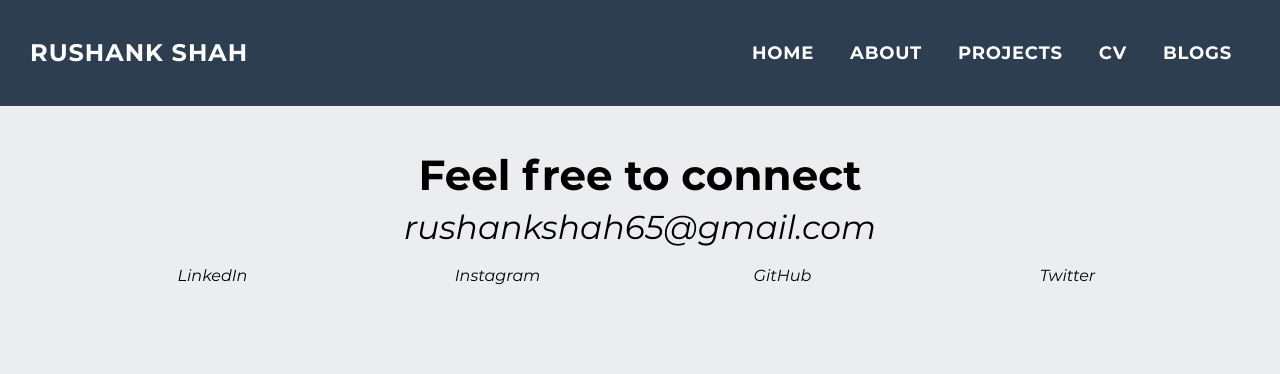
Repository: rushankshah/rushank-shah
Page: /projects
The author's editor kept a copy of each file at every save. The page is drawn from the files as they stood at one save, then again after the next save.
The browser window is 1280 px wide. The pictures show the whole page.
The project was rebuilt for these pictures with package versions that can differ from the ones it lists, and the page was loaded fresh each time. The framework's server and built-in components were replaced by stand-ins that run in the browser. Also part of the build but not shown: next.config.js.

Above is the page before, as saved 2020-12-02 20:02:31.

### pages/projects.js
import BaseLayout from '../components/layouts/BaseLayout'
import BasePage from '../components/BasePage'


const projects = () => {
    return (
        <BaseLayout>
            <BasePage className='about-page'>
            </BasePage>
        </BaseLayout>
    )
}

export default projects

### styles/main.scss
@import './shared/fonts';
@import './index';
@import './header';
@import './shared/colors';
@import 'about';
@import 'projects';

html, body {
    height:100%;
    width:100%;
    font-family: 'Montserrat', 'Helvetica';
  }

.self-typed{
  font-size: 31px;
  font-weight: 500;
  letter-spacing: 2px;
  color: white;
}

.absolute {
  position: absolute;
}

.base-page {
  padding-top: 150px;
  color: white;
  background-color: #ecedee;
  min-height: 100vh;

  .page-header {
    .page-header-title {
      font-weight: 700;
      color: black;
      display: inline-block;
      margin-bottom: 20px;
    }
  }
}

.social-media:hover{
  color: #dba919;
  cursor: pointer;
}

.clickable{
  cursor: pointer;
}

### components/layouts/BaseLayout.js
import React from 'react'
import Header from '../shared/Header'

const BaseLayout = (props) => {

    const { className, children } = props

    const headerType = props.headerType || 'default'

    return (
        <div className='layout-container'>
            <Header className={`port-nav-${headerType}`} />
            <main className={`cover ${className}`}>
                <div className='wrapper'>
                    {children}
                </div>
            </main>
        </div>
    )
}

export default BaseLayout

### components/BasePage.js
import React from 'react'
import { Container } from 'reactstrap'
import Footer from './shared/Footer'

export default function BasePage(props) {
    const className = props.className || ''
    const title = props.title
    return (
        <div className={`base-page ${className}`}>
            <Container>
                {props.children}
                <Footer />
            </Container>
        </div>
    )
}

### styles/shared/_fonts.scss
@font-face {
    font-family: 'Montserrat';
    src: url('/static/fonts/2.3\ Montserrat-Regular.ttf');
    font-weight: normal;
    font-style: normal;
}

@font-face {
    font-family: 'Montserrat';
    src: url('/static/fonts/2.4\ Montserrat-Bold.ttf');
    font-weight: bold;
    font-style: normal;
}

@font-face {
    font-family: 'Montserrat';
    src: url('/static/fonts/2.2\ Montserrat-Light.ttf');
    font-weight: lighter;
    font-style: normal;
}

@font-face {
    font-family: 'Montserrat';
    src: url('/static/fonts/2.1\ Montserrat-Italic.ttf');
    font-weight: normal;
    font-style: italic;
}

### styles/_index.scss
  // ---------- Index Page CSS ------------
  .cover {
    background-image: linear-gradient(45deg,#00aeef 0%,#096fb9 100%);
    overflow: hidden;
    position: relative;
  }

  .wrapper {
    min-height: 100vh;
    min-width: 100vw;
    margin-top: 0;
    position: relative;
  }

  .main-section {
    top: 150px;
    width: 100%;
    padding: 150px 0 0;
  }

  .hero-section{
    h2 {
      color: white;
      font-weight: bold;
      margin-bottom: 10px;
    }

    perspective: 1000px;
    color: white;
    width: 400px;
    position: relative;

    &-content {
      position: absolute;
      bottom: 20px;
      width: 360px;
      left: 6%;
      z-index: 1;

      &-intro {
        font-size: 17px;
      }
    }
  }

  .image {
    width: auto;
    max-width: 100%;
  }

  .hero-welcome-text > h1 {
    color: white;
    text-transform: uppercase;
    font-size: 27px;
    margin-top: 80px;
  }

  .hero-welcome-bio {
    margin-top: 20px;
    color: white;

    .fa-stack {
      font-size: 28px;
    }

    .list-inline-item {
      > a {
        color: #373737;
      }
    }
  }

  .hero-welcome-wrapper {
    justify-content: flex-end;

  }

  @media (max-width: 991px) {
    .hero-section {
      width: 341px;
      height: 445px;

      &-content {
        width: 341px;
      }
    }

    .hero-welcome-text > h1 {
      margin-top: 0px;
    }
  }

  .background-image {
    position: absolute;
    width: 1762px;
    height: 493px;
  }

  .shadow-custom {
    width: 100%;
    height: 100%;
    position: absolute;
    top: 0;
    box-shadow: -17px 13px 41px rgba(13,78,158,0.6);
    border: 2px solid #3bace5;

    .shadow-inner {
      width: 100%;
      height: 100%;
      box-shadow: -17px 13px 13px rgba(0,0,0,0.09);
    }
  }

  .shadow-custom-2 {
    border: 2px solid #f37d49;
    box-shadow: -17px 13px 41px rgba(13,78,158,0.3);
  }

  .flipper{
    transition: 1s;
    transform-style: preserve-3d;
    position: relative;
  }

  .flipper.isFlipping{
    transform: rotateY(-180deg);
  }

  .front, .back{
    backface-visibility: hidden;
    position: absolute;
    top: 0;
    left: 0;
  }

  .cover-0 {
  }

  .cover-1 {
    background-image: linear-gradient(45deg, rgb(254, 202, 83), rgb(253, 157, 97));
  }

  .front{
    transform: rotateY(0deg);
    z-index: 9999;
  }

  .back{
    transform: rotateY(180deg);
  }

### styles/_header.scss
@import './shared/colors';
  // HEADER
  .port-navbar.port-nav-base {
    width: 100%;
    z-index: 15;
    padding: 40px;

    .port-navbar {
      &-brand {
        color: white;
        font-size: 24px;
        text-transform: uppercase;
        letter-spacing: 1px;
        font-weight: bold;
      }

      &-item {
        margin-left: 10px;
        margin-right: 10px;
      }

      &-link {
        color: white;
        font-weight: bold;
        letter-spacing: 0.8px;
        font-size: 18px;
        text-transform: uppercase;

        &.active {
        color: #dba919;
        }

        &:hover, &:focus {
          color: #dba919;
        }
      }
    }
  }

  .port-navbar.port-nav-base.port-nav-default {
    padding: 30px;
    background-color: $secondary !important;
  }

  .bg-transparent.menu-open {
    background-color: #2C3E50 !important;
  }

  .bg-transparent.menu-close {
    transition: 1s;
  }

### styles/shared/_colors.scss
$main-color-blue: #0977C0;
$main-color-red: 'red';

$navbar-orange: #dba919;
$base-page-white: #ecedee;

$white: #fff !default;
$gray-100: #f8f9fa !default;
$gray-200: #e9ecef !default;
$gray-300: #dee2e6 !default;
$gray-400: #ced4da !default;
$gray-500: #adb5bd !default;
$gray-600: #868e96 !default;
$gray-700: #495057 !default;
$gray-800: #343a40 !default;
$gray-900: #212529 !default;
$black: #000 !default;

$primary: #18BC9C !default;
$secondary: #2C3E50 !default;

$blue:    #007bff !default;
$indigo:  #6610f2 !default;
$purple:  #6f42c1 !default;
$pink:    #e83e8c !default;
$red:     #dc3545 !default;
$orange:  #fd7e14 !default;
$yellow:  #ffc107 !default;
$green:   #28a745 !default;
$teal:    #0085A1 !default;
$cyan:    #17a2b8 !default;

### styles/_about.scss
@import './shared/mixins';
.about-page {
    .left-side {
      // margin-top: 10vh;

      color: black;
      text-align: left;
    }

    .fadein {
      opacity: 0;

      @include animation(fadein 2s);
      @include animation-fill-mode(forwards);
    }

    .intro{
        color: black;
        font-weight: lighter;
    }

    .title {
      @include animation-detail(0.7s);
      font-size: 42px;
      font-weight: bold;
    }

    .subtitle {
      @include animation-detail(2.2s);
      font-size: 33px;
    }

    .subsubTitle {
      @include animation-detail(3.6s);
      font-size: 18px;
    }

    @keyframes fadein {
      from { opacity: 0; }
      to   { opacity: 1; }
    }
  }

### styles/shared/_mixins.scss
// MIXINS
@mixin background-cover() {
    -webkit-background-size: cover;
    -moz-background-size: cover;
    -o-background-size: cover;
    background-size: cover;
  }

  @mixin animation($animationType) {
    -webkit-animation: $animationType; /* Safari, Chrome and Opera > 12.1 */
       -moz-animation: $animationType; /* Firefox < 16 */
        -ms-animation: $animationType; /* Internet Explorer */
         -o-animation: $animationType; /* Opera < 12.1 */
            animation: $animationType;
  }


  @mixin animation-fill-mode($animationMode) {
    -webkit-animation-fill-mode: $animationMode;  /* this makes sure that after animation is done we remain at the last keyframe value (opacity: 1)*/
    -moz-animation-fill-mode: $animationMode;
    animation-fill-mode: $animationMode;
  }


  @mixin animation-detail($detail) {
    -webkit-animation-delay: $detail;
    -moz-animation-delay: $detail;
    animation-delay: $detail;
  }

### styles/_projects.scss
@import './shared/mixins';
.projects-page {
    .left-side {
      // margin-top: 10vh;

      color: black;
      text-align: left;
    }

    .fadein {
      opacity: 0;

      @include animation(fadein 2s);
      @include animation-fill-mode(forwards);
    }

    .intro{
        color: black;
        font-weight: lighter;
    }

    .title {
      @include animation-detail(0.7s);
      font-size: 42px;
      font-weight: bold;
    }

    .subtitle {
      @include animation-detail(2.2s);
      font-size: 33px;
    }

    .subsubTitle {
      @include animation-detail(3.6s);
      font-size: 18px;
    }

    @keyframes fadein {
      from { opacity: 0; }
      to   { opacity: 1; }
    }
  }

### components/shared/Header.js
import { useState } from 'react'
import Link from 'next/link'
import Head from 'next/head'
import {
    Collapse,
    Navbar,
    NavbarToggler,
    NavbarBrand,
    Nav,
    NavItem
} from 'reactstrap';

const Header = (props) => {
    const [isOpen, setIsOpen] = useState(false);

    const toggle = () => setIsOpen(!isOpen);

    const className = props.className

    const menuOpenClass = isOpen ? 'menu-open' : 'menu-close'

    return (
        <div>
            <Head>
                <title>Rushank Shah</title>
                <link rel="icon" href="/static/images/R.jpg" />
                <link href="https://cdn.lineicons.com/2.0/LineIcons.css" rel="stylesheet"></link>
            </Head>
            <Navbar className={`port-navbar port-nav-base absolute ${className} ${menuOpenClass}`} color="transparent" dark expand="md">
                <NavbarBrand className='port-navbar-brand'>Rushank Shah</NavbarBrand>
                <NavbarToggler onClick={toggle} />
                <Collapse isOpen={isOpen} navbar>
                    <Nav className="ml-auto" navbar>
                        <NavItem className='port-navbar-item'>
                            <Link href='/'>
                                <a className='nav-link port-navbar-link'> Home </a>
                            </Link>
                        </NavItem>
                        <NavItem className='port-navbar-item'>
                            <Link href='/about'>
                                <a className='nav-link port-navbar-link'> About </a>
                            </Link>
                        </NavItem>
                        <NavItem className='port-navbar-item'>
                            <Link href='/projects'>
                                <a className='nav-link port-navbar-link'> Projects </a>
                            </Link>
                        </NavItem>
                        <NavItem className='port-navbar-item'>
                            <Link href='/cv'>
                                <a className='nav-link port-navbar-link'> CV </a>
                            </Link>
                        </NavItem>
                        <NavItem className='port-navbar-item'>
                            <Link href='/blogs'>
                                <a className='nav-link port-navbar-link'> Blogs </a>
                            </Link>
                        </NavItem>
                    </Nav>
                </Collapse>
            </Navbar>
        </div>
    )
}

export default Header

### components/shared/Footer.js
import { Col, Row } from "reactstrap";

export default function Footer() {
    return (
        <div>
            <div className='intro'>
                <h5 className='title' style={{ textAlign: 'center', color: 'black' }}>
                    Feel free to connect
                </h5>
                <h5 className='subtitle' style={{ textAlign: 'center', color: 'black' }}>
                    <a target='_blank' style={{ color: 'black', textDecoration: 'none' }} href='mailto:rushankshah65@gmail.com'>
                        <i className="lni lni-envelope lni-lg lni-32 social-media"> rushankshah65@gmail.com</i>
                    </a>
                </h5>
                <Row className='mt-3' style={{ textAlign: 'center', color: 'black' }}>
                    <Col md='3'>
                        <div>
                            <a target='_blank' style={{ color: 'black', textDecoration: 'none' }} href='https://www.linkedin.com/in/rushank-shah-65836b1a6/'>
                                <i className="lni lni-linkedin-original lni-lg lni-32 social-media">LinkedIn</i>
                            </a>
                        </div>
                    </Col>
                    <Col md='3'>
                        <div>
                            <a target='_blank' style={{ color: 'black', textDecoration: 'none' }} href='https://www.instagram.com/rushankshah65/'>
                                <i className="lni lni-instagram lni-lg lni-32 social-media">Instagram</i>
                            </a>
                        </div>
                    </Col>
                    <Col md='3'>
                        <div>
                            <a target='_blank' style={{ color: 'black', textDecoration: 'none' }} href='https://github.com/rushankshah'>
                                <i className="lni lni-github-original lni-lg lni-32 social-media">GitHub</i>
                            </a>
                        </div>
                    </Col>
                    <Col md='3'>
                        <div>
                            <a target='_blank' style={{ color: 'black', textDecoration: 'none' }} href='https://twitter.com/ShahRushank'>
                                <i className="lni lni-twitter-original lni-lg lni-32 social-media">Twitter</i>
                            </a>
                        </div>
                    </Col>
                </Row>
                <Row className='mt-3'>
                </Row>
            </div>
        </div>
    )
}

Loaded but not shown: pages/_app.js (common file)

After the next save:
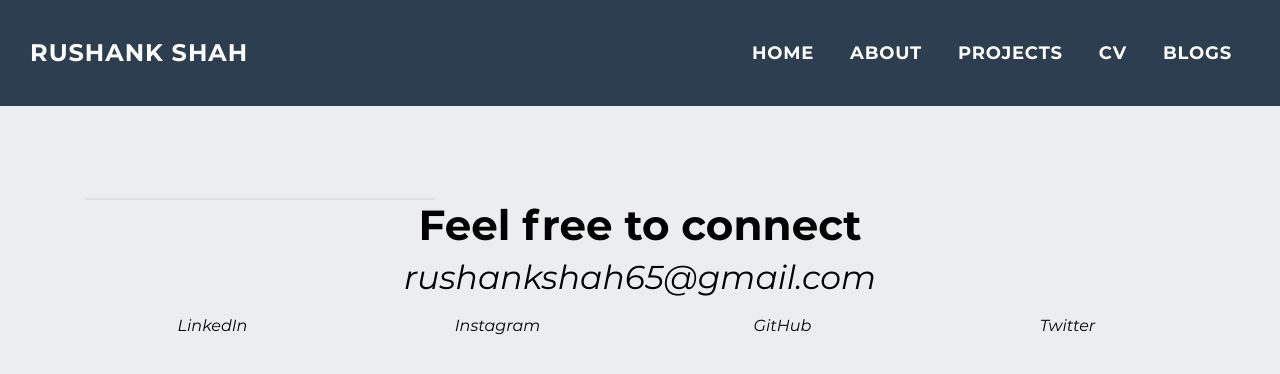
Saved 7 s later.
--- a/pages/projects.js
+++ b/pages/projects.js
@@ -1,11 +1,19 @@
 import BaseLayout from '../components/layouts/BaseLayout'
 import BasePage from '../components/BasePage'
+import { Card, CardImg, Col, Row } from 'reactstrap'
 
 
 const projects = () => {
     return (
         <BaseLayout>
-            <BasePage className='about-page'>
+            <BasePage className='projects-page'>
+                <Row className='mt-5'>
+                    <Col md='4'>
+                        <Card className='intro'>
+                            <CardImg></CardImg>
+                        </Card>
+                    </Col>
+                </Row>
             </BasePage>
         </BaseLayout>
     )
